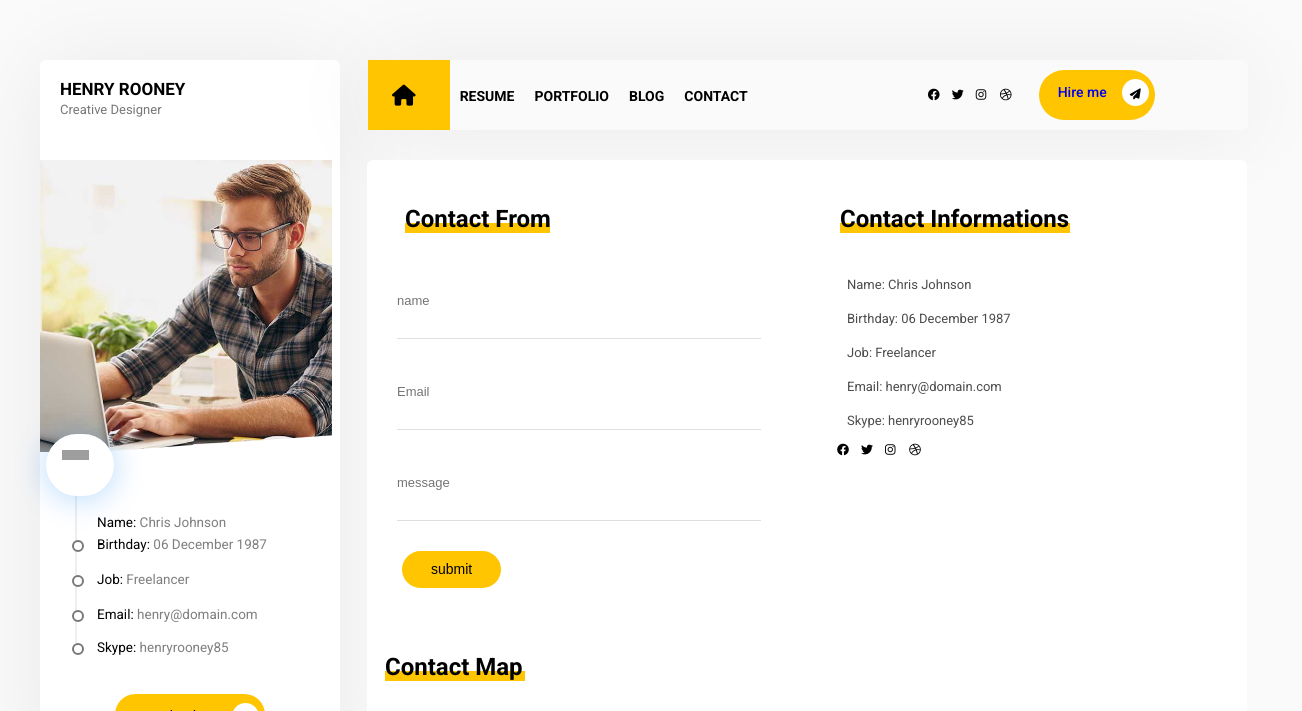
Repository: Lehuyhuynh/mat
Page: contact.html
The author's editor kept a copy of each file at every save. The page is drawn from the files as they stood at one save, then again after a run of saves.
The browser window is 1280 px wide. The page is 1302 px wide, so the pictures cover 1302 px, including what lies to the right of the window. The pictures show the part of the page from y = 0 to 711 px (the page is 1165 px tall).
Pictures or frames that could not be fetched are drawn as grey boxes.

Above is the page before, as saved 2023-04-21 16:57:19.

### contact.html
<!DOCTYPE html>
<html lang="en">
<head>
                    <meta charset="UTF-8">
                    <meta http-equiv="X-UA-Compatible" content="IE=edge">
                    <meta name="viewport" content="width=device-width, initial-scale=1.0">
                    <title>Mat1</title>
                     <!-- bootstrap cdn link  -->
                     <!-- <link href="https://cdn.jsdelivr.net/npm/bootstrap@5.0.2/dist/css/bootstrap.min.css" rel="stylesheet"> -->
                    <link rel="stylesheet" href="style.css">
                    <link rel="stylesheet" href="rse.css">
                    <link rel="preconnect" href="https://fonts.googleapis.com">
                    <link rel="preconnect" href="https://fonts.gstatic.com" crossorigin>
                     <link href="https://fonts.googleapis.com/css2?family=Roboto:wght@400;500;700;900&display=swap" rel="stylesheet">

                    <link rel="stylesheet" href="icon-fonts/font-awesome-4.7.0/css/font-awesome.min.css"/>

                    <link rel="stylesheet" href="https://cdnjs.cloudflare.com/ajax/libs/font-awesome/6.4.0/css/all.min.css" integrity="sha512-iecdLmaskl7CVkqkXNQ/ZH/XLlvWZOJyj7Yy7tcenmpD1ypASozpmT/E0iPtmFIB46ZmdtAc9eNBvH0H/ZpiBw==" crossorigin="anonymous" referrerpolicy="no-referrer" />
</head>
<body>
    <div id="preloader">

        <div class="spinner"></div>

    </div>

    <div class="wrapper top-60 container">

        <div class="row">

            <!-- profile section -->

            <div class="col-lg-3 col-md-4">

                <div class="profile">

                    <div class="profile-name">

                        <span class="name">Henry Rooney</span><br>

                        <span class="jod">Creative Designer</span><br>

                    </div>

                    <figure class="profile-img"> <img src="img/profile.jpg" alt="#"> </figure>


                    <ul class=" profile-information">


                        <li><p><span>Name:</span> Chris Johnson</p></li>

                        <li><p><span>Birthday:</span> 06 December 1987</p></li>

                        <li><p><span>Job:</span> Freelancer</p></li>

                        <li><p><span>Email:</span> henry@domain.com</p></li>

                        <li><p><span>Skype:</span> henryrooney85</p></li>

                    </ul>

                    <div class="col-md-12">

                        <button class="site-btn icon">Download Cv

                            <i class="fa fa-download" aria-hidden="true"></i>

                        </button>

                    </div>

                </div>

            </div>

            <div id="ajax-tap-container" class="col-lg-9 col-md-8 tab-container">

                <!-- header -->
                <div class="row">
                    <header class="col-md-12">

                        <nav class="nav">


                            <ul class="tabs">
                                        <li class="tab active">
                                            <a href="index.html" class="home-btn active"><i class="fa fa-home" aria-hidden="true" style="color: #000;"></i></a>
                                        </li>
                                        <li class="tab"><a href="resume.html">RESUME</a></li>
                                        <li class="tab"><a href="portfolio.html">PORTFOLIO</a></li>
                                        <li class="tab"><a href="Blog.html">BLOG</a></li>
                                        <li class="tab"><a href="contact.html">CONTACT</a></li>
                            </ul>

                                 <div class="hidden-md social-icons  pull-right">

                                    <a class="fb" href="#"><i class="fa-brands fa-facebook"></i></a>


                                    <a class="tw" href="#"><i class="fa-brands fa-twitter"></i></a>


                                    <a class="ins" href="#"><i class="fa-brands fa-instagram"></i></a>


                                    <a class="dr" href="#"><i class="fa-brands fa-dribbble" ></i></a>
                                </div>

                            <a href="mailto:hi@tavonline.net" class="pull-right site-btn icon hidden-xs">Hire me
                                <i class="fa fa-paper-plane" aria-hidden="true"></i>
                            </a>
                           <div class="hamburger pull-right hedden-lg hidden-md">
                                 <i class="fa fa-bars" aria-hidden="true"></i>

                            </div>
                        </nav>
                    </header>


                    <!-- about me    -->
                </div>





                    <!-- header -->
                    <div class="row">
                   <div class="col-md-12">
                <div id="content" class="panel-container">

                    <!-- Home Page
                    ================================================== -->
                    <div class="row">
                        <div class="contacts">
                                            <div class="contact">
                                                <div class=" contact_from"><h2 class="section-title" style="margin-top: 25px;"> Contact From<div class="name" style="width: 145px;"></div></h2>
                                                    <input class="contact_forms" placeholder="name"></input>
                                                    <input class="contact_forms" placeholder="Email"></input>
                                                    <input class="contact_forms" placeholder="message"></input>
                                                    <button class="site-btn submit">submit</button>
                                                </div>

                                                <div class=" informations"><h2 class="section-title " style="margin-top: 25px;">Contact Informations<div class="name" style="width: 230px;"></div></h2>
                                                    <ul class="contact_formations">

                                                        <li><p><span>Name:</span> Chris Johnson</p></li>

                                                        <li><p><span>Birthday:</span> 06 December 1987</p></li>

                                                        <li><p><span>Job:</span> Freelancer</p></li>

                                                        <li><p><span>Email:</span> henry@domain.com</p></li>

                                                        <li><p><span>Skype:</span> henryrooney85</p></li>




                                                    </ul>

                                                    <div class="hidden-md-icon social-icons pull-right">

                                                        <a class="fb" href="#"><i class="fa-brands fa-facebook"></i></a>

                                                        <a class="tw" href="#"><i class="fa-brands fa-twitter"></i></a>

                                                        <a class="ins" href="#"><i class="fa-brands fa-instagram"></i></a>

                                                        <a class="dr" href="#"><i class="fa-brands fa-dribbble" ></i></a>

                                                    </div>

                                                </div>
                                            </div>
                                            <div class="contact_map" style="width: 880px; margin-right: 10px;" >
                                                <div class="map"><h2 class="section-title " style="margin-top: 15px; margin-bottom: 30px; margin-left: 30px;">Contact Map<div class="name" style="width: 140px;"></div></h2></div>
                                                    <iframe src="https://www.google.com/maps/embed?pb=!1m18!1m12!1m3!1d24396.455763004884!2d-115.13108354428735!3d36.18912977254862!2m3!1f0!2f0!3f0!3m2!1i1024!2i768!4f13.1!3m3!1m2!1s0x80c2c75ddc27da13%3A0xe22fdf6f254608f4!2sLos+Angeles%2C+Kaliforniya%2C+Birle%C5%9Fik+Devletler!5e0!3m2!1str!2str!4v1509525039851" style="border:0" allowfullscreen="" width="100%" height="350"></iframe>
                                                </div>
                                            </div>
                        </div>





            </div>
            <footer style="width: 940px;">
                <div class="footer col-md-12bootm_30">
                    <div class="name col-md-4 hidden_md hidden-md hidden-sm hidden-xs" style="margin-top: 25px; ">Herry Rooney</div>
                </div>

                <div class="copyright col-lg-8 col-md-12" style="margin-left: 300px; margin-top: 25px;">
                    @2017 all rights reserved. Desigmed by.
                    <a href="https://themeforest.net/user/tavonline">tavonlin</a>
                </div>
            </footer>

        </div>

                </div>

            </div>



            <!-- Page Tab Container Div -->










         </div>

            </div>









                                 <!-- footer -->

                        </div>

                    </div>



            </div>


        </div>





    </div>



</body>
</html>

### rse.css
@media  only screen and (max-width:992px) {
                    *{
                                        box-sizing: border-box;
                    }
                    body{
                                        line-height: 1.42857143;
                                        color: #333;
                    }
                    html{
                                        -webkit-text-size-adjust: 100%;
                                        -webkit-tap-highlight-color: rgba(0, 0, 0, 0);
                    }
                    .wrapper.top_60 {
                             margin-top: 30px;
                    }
                    .container {
                                        padding-right: 15px;
                                        padding-left: 15px;
                                        margin-right: auto;
                                        margin-left: auto;
                    }
                header nav ul{
                    margin-right: 230px;
                }
                    .row{
                                        display: block;

                                        margin-right: -15px;
                                        margin-left: -15px;
                    }
                    .profile{
                                        width: 850px;
                                        padding-bottom: 30px;
                                        margin-bottom: 30px;
                                        margin-left: 30px;
                    }
                    .profile-name{
                                        font-size: 20px;
                                        margin-top: 11px;
                    }
                    .profile img{
                                        width:850px;


                    }
                    ul.profile-information {
                                        list-style: none;
                                        margin: 0 auto 30px;
                                        display: table;
                    }
                    ul.profile-information li:first-child {
                                        padding-bottom: 10px;
                                        padding-left: 30px;
                    }
                    .service{
                                        margin-top: 20px ;
                    }

                    .pull-right {
                                        float: right !important;
                    }
                    /* .hidden-md {
                                        display: none !important;
                    } */
                    .skill-list .progress{
                                     width: 750px;
                    }
                    footer{
                                        width: 850px;
                                        margin-left: 20px;
                    }



                }
                @media  only screen and (max-width:768px) {
                    header nav ul{
                        padding-right: 70px;
                    }
                    header nav{
                                        width: 700px;
                    }
                    header nav ul.tabs li:first-child{
                        display: block;
                    }

                    heaver nav .site-btn{
                        margin: 500px;
                    }


                    header nav .hamburger {
                        font-size: 20px;
                        margin-right: 23px;
                        cursor: pointer;
                        line-height: 71px;
                        border-left: solid 1px #eaeaea;
                        padding-left: 21px;
                        color: #000;
                    }
                    .profile{
                                        width: 700px;
                                        padding-bottom: 30px;
                                        margin-bottom: 30px;
                                        margin-left: 30px;
                    }

                    .profile-name{
                                        font-size: 20px;
                                        margin-top: 11px;
                    }
                    .profile img{
                                        width:700px;


                    }

                    ul.profile-information {
                                        list-style: none;
                                        margin: 0 auto 30px;
                                        display: table;
                    }
                    #content{
                        display: block;
                    }
                    ul.profile-information li:first-child {
                                        padding-bottom: 10px;
                                        padding-left: 30px;
                    }
                    .service{
                                        margin-top: 20px ;
                                        width: 250px;
                    }

                    .pull-right {
                                        float: right !important;
                    }
                    /* .hidden-md {
                                        display: none !important;
                    } */
                    .skill-list .progress{
                                     width: 600px;
                    }


                    footer{
                                        width: 700px;
                                        margin-left: 20px;
                    }
                    #ajax-tap-container{
                                        width: 700px;
                    }
                    .porifolo-singlePage{
                                        width: 700px;
                                        margin-left: 20px;
                    }
                    .porifolo-singlePage_list{
                                        margin-left: 20px;
                                        width: 300px;
                    }


                }
                /* @media (max-width:991px){
                    header .nav{
                        position: absolute;
                        top:100%; left: 0; right: 0;
                        background: #fff;
                        border-top: 1px solid rgba(0,0,0,.1);
                        border-bottom: 1px solid rgba(0,0,0,.1);
                        transition: .2s linear;
                        clip-path: polygon(0 0, 100% 0, 100% 0, 0 0);
                    }
                    .nav{
                        display: inline-block;
                    }
                    .home .content h3{
                            font-size: 30px;
                         }
                    .row{
                        display: block;
                    }


                }
                @media (max-width:768px){

                        header .nav{
                            position: absolute;
                            top:100%; left: 0; right: 0;
                            background: #fff;
                            border-top: 1px solid rgba(0,0,0,.1);
                            border-bottom: 1px solid rgba(0,0,0,.1);
                            transition: .2s linear;
                            clip-path: polygon(0 0, 100% 0, 100% 0, 0 0);
                        }

                        header .nav.active{
                            clip-path: polygon(0 0, 100% 0, 100% 100%, 0% 100%);
                        }

                        header .nav a{
                            display: block;
                            width: 100%;
                            margin:10px;
                        }

                        .fa-times{
                            transform: rotate(180deg);
                        }

                } */
                @media (max-width:578px){
                    .row{
                        display: block;
                        margin: 0;
                    }
                    .wrapper{
                        width: 578px;
                    }
                    .profile{
                        width: 590px;
                        margin-bottom: 20px;
                        margin-left: 15px;
                    }
                    header nav ul.tabs li {
                        display: none;
                    }
                    header nav .hidden-md {
                        padding-right: 25px;
                    }
                    .profile img{
                                        width: 590px;
                    }
                    header nav{
                                        width: 590px;
                    }
                    header nav ul{
                                        display: none;
                                        padding-right: 220px;
                    }
                    #ajax-tap-container{
                        width: 342px;


                    }
                    #content{
                        width: 590px;
                        padding: auto;
                        margin-left: 15px;
                    }
                    .col-md-8 {
                        margin-left: 0;
                    }
                    .service{
                        margin-bottom: 20px;
                    }
                    .design-skills{
                        margin-left: 0px;

                    }
                    .design-skills,
                    .code-skills{
                        width: 250px;
                    }
                    .porifolo ul{
                                        display: none;
                    }
                    .porifolo_name{
                        margin-top: 30px;
                    }
                    .porifolo-singlePage{
                                        width: 590px;
                                        margin-left: 20px;

                    }
                    .porifolo-singlePage_list{
                                        margin-left: 0px;
                                        width: 240px;

                    }
                    .contact{
                        display: block;
                    }
                    .contact_from{
                        width: 100%;
                    }
                    .informations{
                        display: block;
                    }
                    footer{
                        width: 590px;
                        display: block;
                    }
                    .clients_list{
                        display: block;
                    }
                    .clients_list img{
                        width: 530px;

                    }


                }




                @media (max-width:312px){
                    .row{
                        display: block;
                        margin: 0;
                    }
                    .wrapper{
                        width: 312px;
                    }
                    .profile{
                        width: 342px;
                        margin-bottom: 20px;
                        margin-left: 15px;
                    }

                    .profile img{
                                        width: 342px;
                    }
                    header nav{
                                        width: 342px;
                    }
                    header nav ul{
                                        display: none;
                    }
                    #ajax-tap-container{
                        width: 342px;


                    }
                    #content{
                        width: 342px;
                        padding: auto;
                        margin-left: 15px;
                    }
                    .col-md-8 {
                        margin-left: 0;
                    }
                    .service{
                        margin-bottom: 20px;
                    }
                    .design-skills{
                        margin-left: 0px;

                    }
                    .design-skills,
                    .code-skills{
                        width: 250px;
                    }
                    .porifolo ul{
                                        display: none;
                    }
                    .porifolo-singlePage{
                                        width: 342px;
                                        margin-left: 20px;
                                        display: block;
                    }
                    .porifolo-singlePage_list{
                                        margin-left: 0px;
                                        width: 280px;
                    }
                    footer{
                        width: 342px;
                        display: block;
                    }


                }

Loaded but not shown: style.css (995 lines, source omitted)

After the next 2 saves:
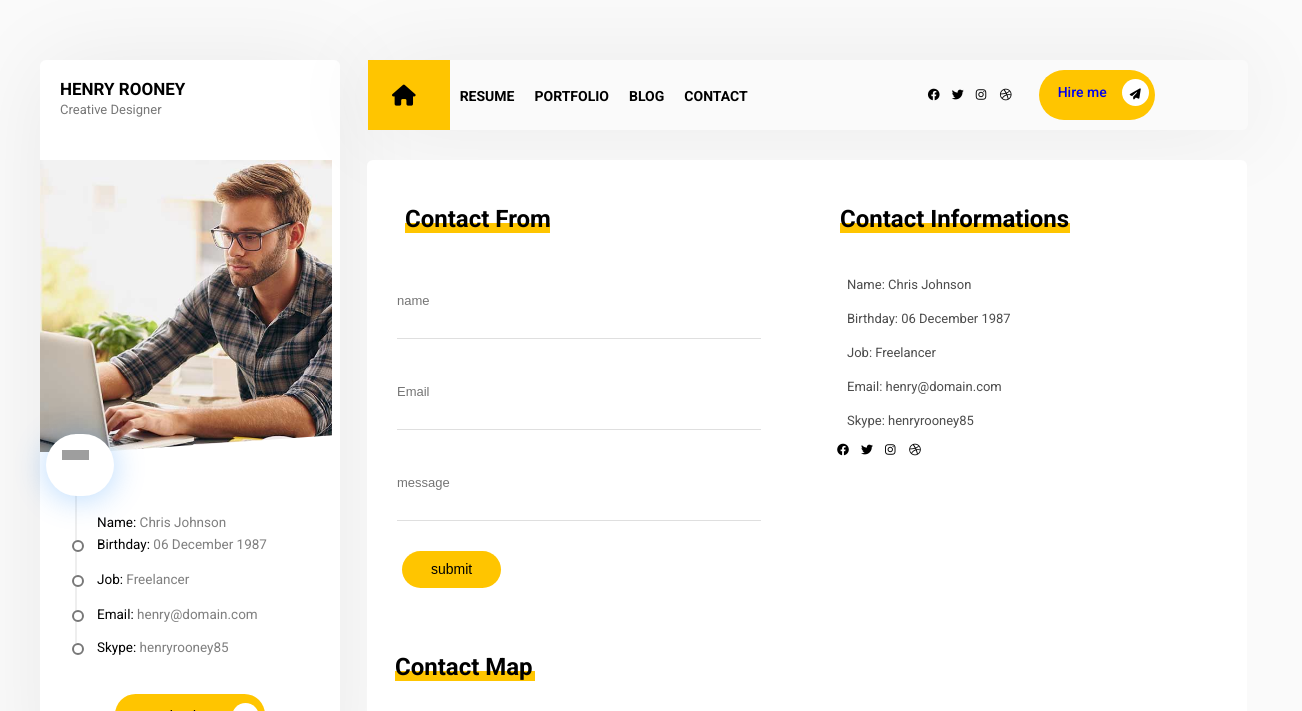
The 2 saves are shown as one change because they came seconds apart.
The last was saved 10 s later.
--- a/contact.html
+++ b/contact.html
@@ -174,7 +174,7 @@
 
                                                 </div>
                                             </div>
-                                            <div class="contact_map" style="width: 880px; margin-right: 10px;" >
+                                            <div class="contact_map" style="width: 880px; margin-left: 10px;" >
                                                 <div class="map"><h2 class="section-title " style="margin-top: 15px; margin-bottom: 30px; margin-left: 30px;">Contact Map<div class="name" style="width: 140px;"></div></h2></div>
                                                     <iframe src="https://www.google.com/maps/embed?pb=!1m18!1m12!1m3!1d24396.455763004884!2d-115.13108354428735!3d36.18912977254862!2m3!1f0!2f0!3f0!3m2!1i1024!2i768!4f13.1!3m3!1m2!1s0x80c2c75ddc27da13%3A0xe22fdf6f254608f4!2sLos+Angeles%2C+Kaliforniya%2C+Birle%C5%9Fik+Devletler!5e0!3m2!1str!2str!4v1509525039851" style="border:0" allowfullscreen="" width="100%" height="350"></iframe>
                                                 </div>
